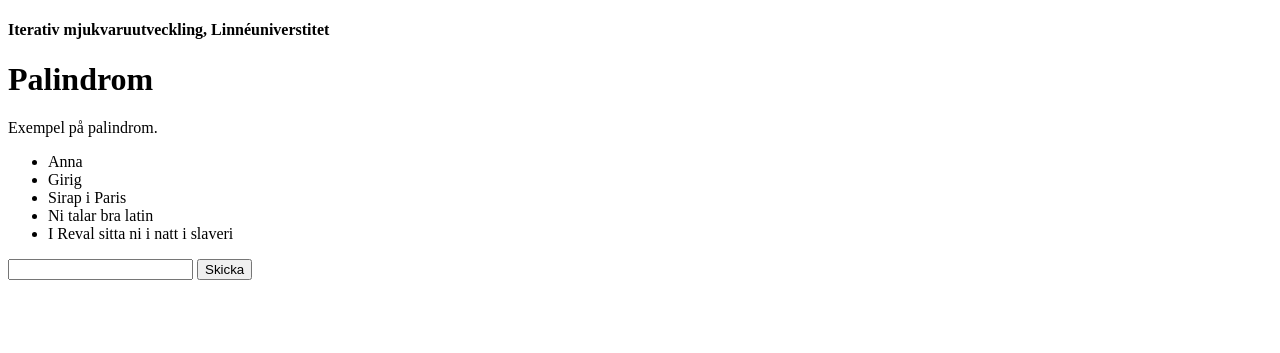
Repository: Holmewi/1dv404-jh222qr-laborationer
Page: Uppgift 3a/index.html
The author's editor kept a record of every edit. The page is drawn from the files as they stood at one moment, then again after the next edit.
The browser window is 1280 px wide. The pictures show the whole page.

Above is the page before.

After the next edit:
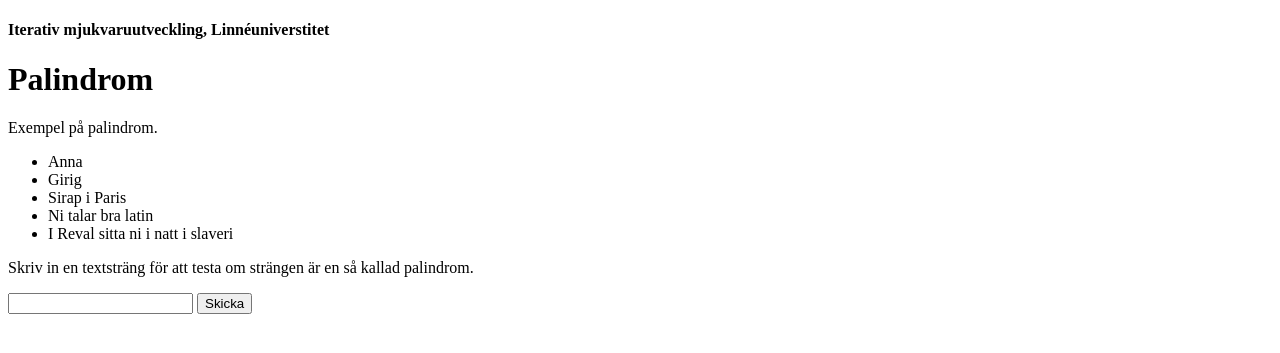
The edit:
--- a/Uppgift 3a/index.html
+++ b/Uppgift 3a/index.html
@@ -17,6 +17,7 @@
         <li>Ni talar bra latin</li>
         <li>I Reval sitta ni i natt i slaveri</li>
     </ul>
+    <p>Skriv in en textsträng för att testa om strängen är en så kallad palindrom.</p>
     <form>
         <input type="text" id="input">
         <input type="submit" id="submit" value="Skicka">
